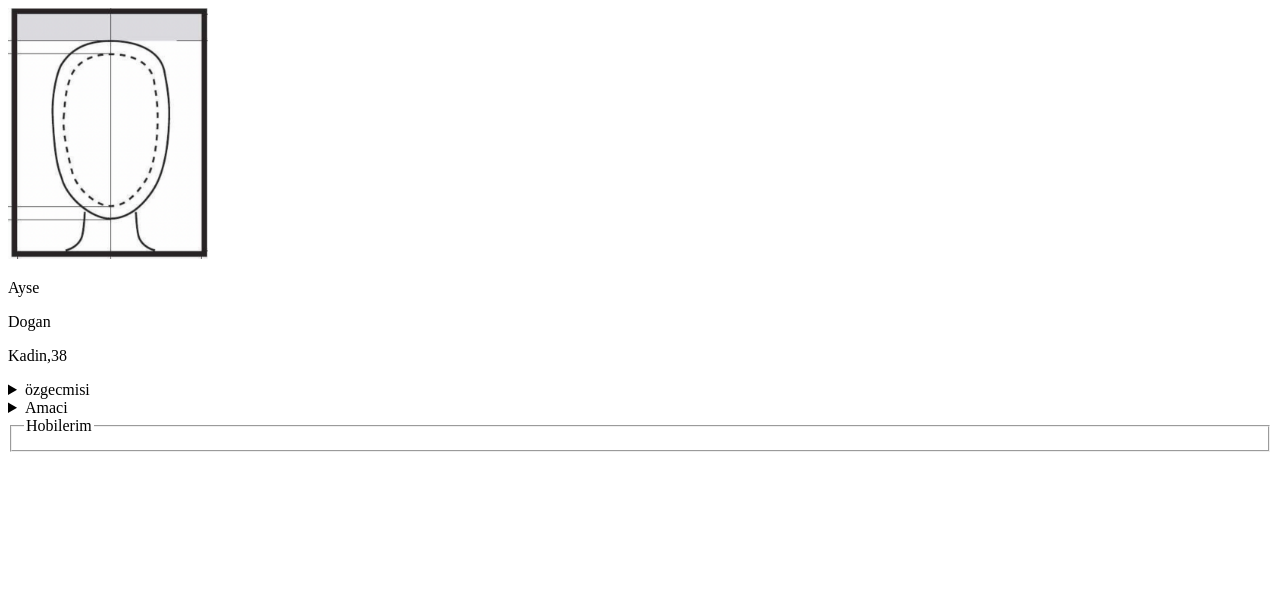
Repository: aysedo/html
Page: Week_2/profile/index.html
An editor plug-in stored every save of this project. The page is shown before and after the next save, followed by the edit.
The browser window is 1280 px wide. The pictures show the whole page.

Above is the page before, as saved 2021-08-25 23:17:39.

### Week_2/profile/index.html
<!DOCTYPE html>
<html lang="en">
  <head>
    <meta charset="UTF-8" />
    <meta http-equiv="X-UA-Compatible" content="IE=edge" />
    <meta name="viewport" content="width=device-width, initial-scale=1.0" />
    <title>Profil ödevi</title>
  </head>
  </body>
    <img src="./ornek.png" width="200" alt="bos cerceve">
          <p> Ayse </p>
          <p> Dogan </p>
          <p> Kadin,38 </p>
          <details>
            <summary>özgecmisi</summary>
            <pre>
                  1996-1999  Oberstufe
                  1999-2001  Coiffeurfachschule
                  2001-2010  Sonova Ag
                  2011-2012  Belimo
                  2012       Coop Megastore Volkiland
                  2021       Coop to go oerlikon
            </pre>
          </details>
            <details>
            <summary> Amaci </summary>
            <pre>
              Bu kurs ile cok iyi bir programci olup, bir is bulmayi amacliyorum.<br/>
               IT alaninda programcilara cok ihtiyac olundugunu biliyorum hedefim kursu basariyla bitirmek.
            </pre>
            </details>
            <form action="test.php" method="post">
              <fieldset>
                <legend>Hobilerim</legend>

              </fieldset>
            </form>









  </body>
</html>

After the next save:
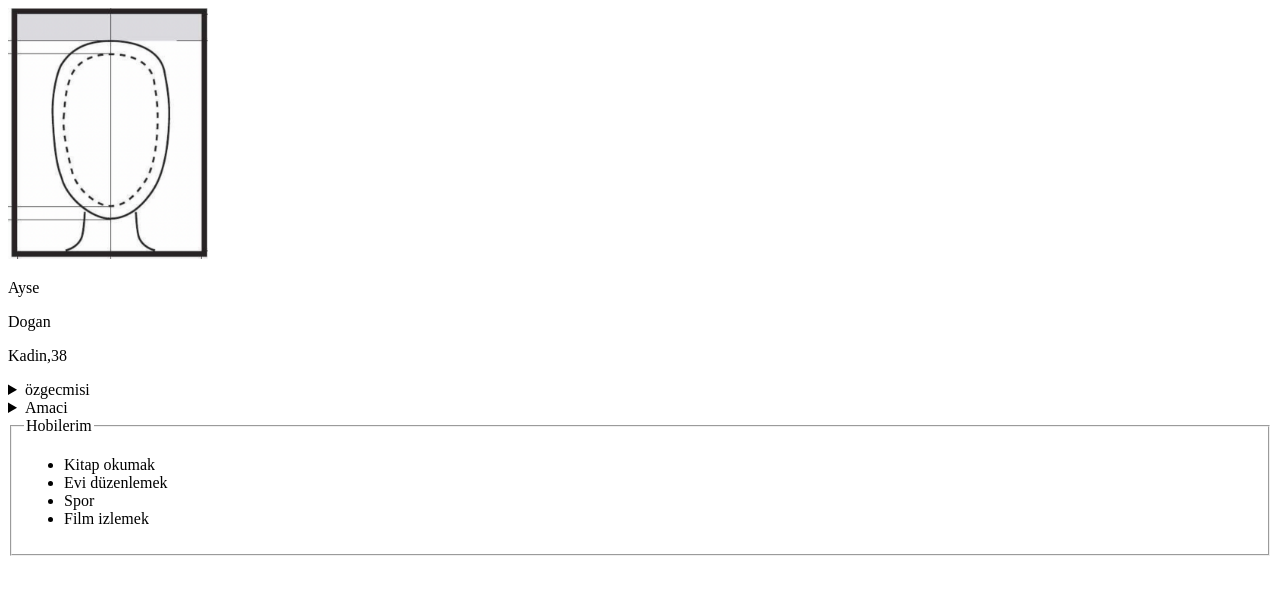
Saved 2 min 52 s later.
--- a/Week_2/profile/index.html
+++ b/Week_2/profile/index.html
@@ -32,6 +32,12 @@
             <form action="test.php" method="post">
               <fieldset>
                 <legend>Hobilerim</legend>
+                <ul>
+                  <li>Kitap okumak</li>
+                  <li>Evi düzenlemek</li>
+                  <li>Spor</li>
+                  <li>Film izlemek</li>
+                </ul>
 
               </fieldset>
             </form>
